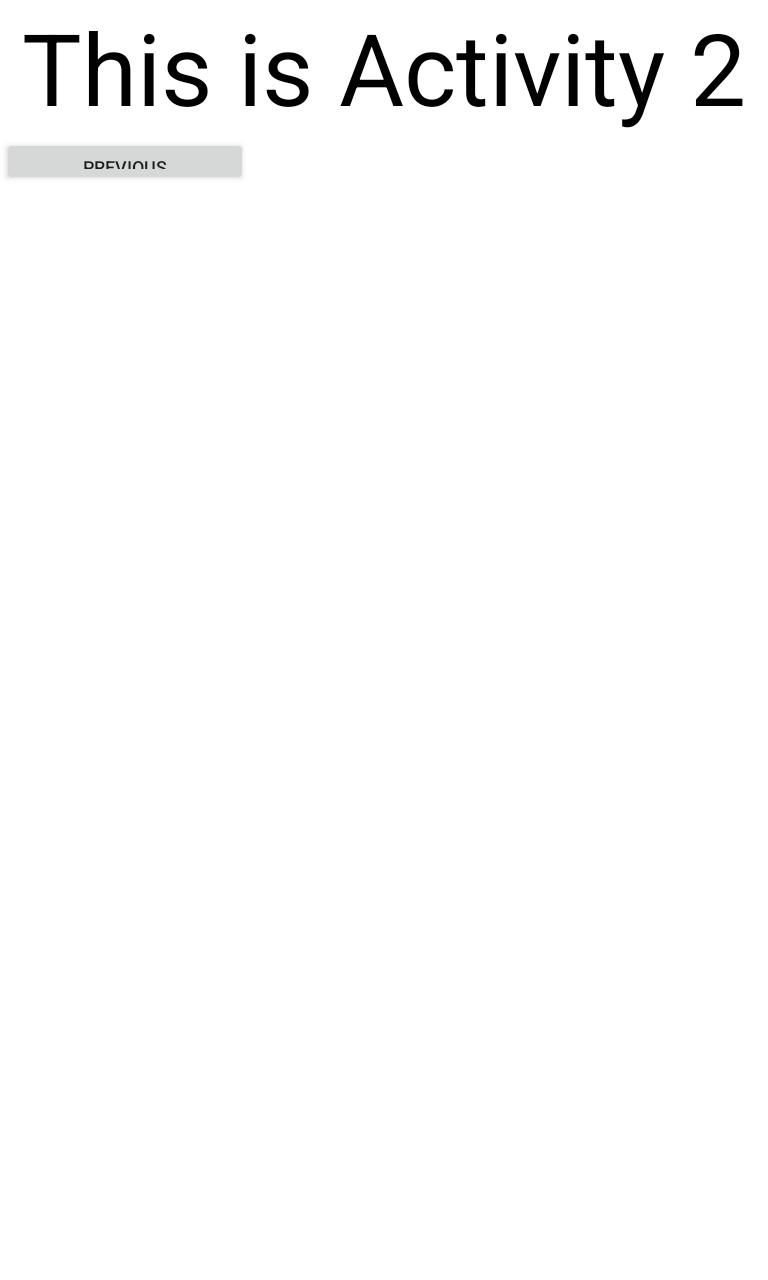
Repository: Stamenov96/NeuralNetowork
Layout: DigitRecognition/res/layout/about.xml
These files come from the project's save history. The layout is drawn as it stood at one moment and after the next save; the edit follows.
It is drawn on a 768 x 1280 px phone screen (xhdpi) without system bars, with theme AppTheme; the app's code is not run.

Above is the layout before, as saved 2015-02-13 15:18:46.

### DigitRecognition/res/layout/about.xml
<?xml version="1.0" encoding="utf-8"?>
<LinearLayout xmlns:android="http://schemas.android.com/apk/res/android"
    android:layout_width="fill_parent"
    android:layout_height="fill_parent"
    android:background="#ffffff"
    android:orientation="vertical" >

    <TextView
        android:layout_width="fill_parent"
        android:layout_height="wrap_content"
        android:text="This is Activity 2"
        android:textSize="50dp"
        android:gravity="center"
        android:textColor="#000000" />

    <Button
        android:id="@+id/Button02"
        android:layout_width="250px"
        android:layout_height="55px"
        android:text="Previous"

        android:textSize="18px" />

</LinearLayout>

Loaded but not shown: DigitRecognition/res/values/styles.xml (common file); DigitRecognition/res/values-v11/styles.xml (common file); DigitRecognition/res/values-v14/styles.xml (common file)

After the next save:
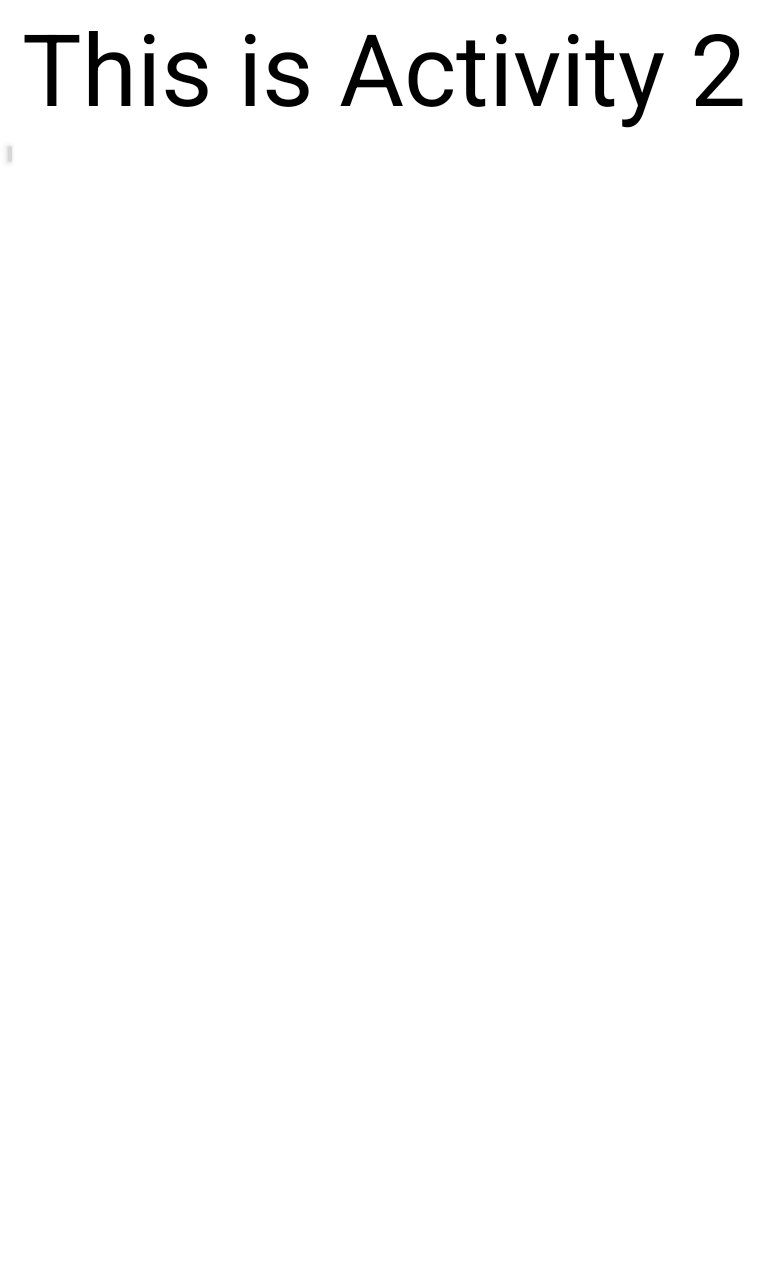
Saved 96 s later.
--- a/DigitRecognition/res/layout/about.xml
+++ b/DigitRecognition/res/layout/about.xml
@@ -15,8 +15,8 @@
 
     <Button
         android:id="@+id/Button02"
-        android:layout_width="250px"
-        android:layout_height="55px"
+        android:layout_width="10dp"
+        android:layout_height="20dp"
         android:text="Previous"
 
         android:textSize="18px" />
